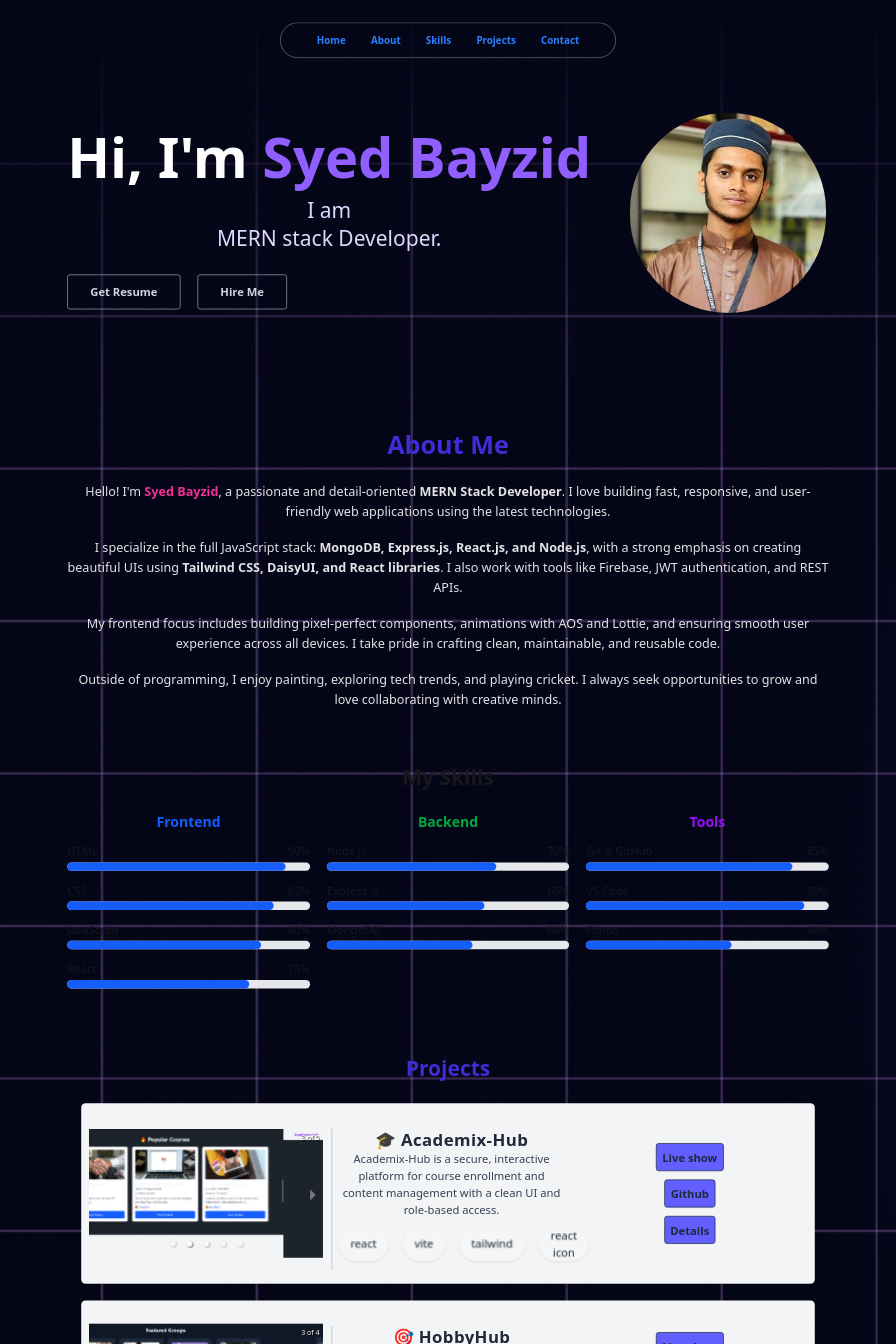
Repository: syedbayzid82849/syed-bayzid
Page: /
The author's editor kept a copy of each file at every save. The page is drawn from the files as they stood at one save, then again after the next save.
The browser window is 1280 px wide. The pictures show the part of the page from y = 0 to 1920 px (the page is 2824 px tall before and 2826 px after), at 70% of full size.
The project was rebuilt for these pictures with package versions that can differ from the ones it lists, and the page was loaded fresh each time. Also part of the build but not shown: vite.config.js, src/App.jsx.

Above is the page before, as saved 2025-08-11 13:27:18.

### index.html
<!doctype html>
<html lang="en">

<head>
  <meta charset="UTF-8" />
  <meta name="viewport" content="width=device-width, initial-scale=1.0" />
  <title>Syed Bayzid</title>
</head>

<body>
  <div id="root"
    style="background-image: url('/src/assets/hero-bg.png'); background-size: cover; background-position: center; min-height: 100vh;">
  </div>
  <script type="module" src="/src/main.jsx"></script>
</body>

</html>

### src/main.jsx
import { StrictMode } from 'react'
import { createRoot } from 'react-dom/client'
import './index.css'
import App from './App.jsx'
import router from './Router/Root/router.jsx'
import { RouterProvider } from 'react-router'

createRoot(document.getElementById('root')).render(
  <StrictMode>
    <div className="max-w-6xl mx-auto"
    >
      <RouterProvider router={router} />
    </div>
  </StrictMode>,
)

### src/index.css
@import "tailwindcss";
@plugin "daisyui";

html {
  scroll-behavior: smooth;
}

### src/Router/Root/router.jsx
import React from 'react';
import { createBrowserRouter } from 'react-router';
import HomeLayout from '../../Layouts/HomeLayout/HomeLayout';

const router = createBrowserRouter([
    {
        path: "/",
        element: <HomeLayout></HomeLayout>
    },
]);

export default router;

### src/Layouts/HomeLayout/HomeLayout.jsx
import React from 'react';
import Hero from '../../Components/HomeComponents/Hero';
import AboutMe from '../../Components/AboutMe/AboutMe';
import SkillsSection from '../../Components/SkillsSection/SkillsSection';
import MainProjectsSection from '../../Components/Projects/MainProjectsSection/MainProjectsSection';
import ContactInfo from '../../Components/ContactInfo/ContactInfo';
import Footer from '../../Components/Footer/Footer';
import Navbar from '../../Components/HomeComponents/Navbar/Navbar';

const HomeLayout = () => {
    return (
        <div className='px-3'>
            <Navbar></Navbar>
            <Hero></Hero>
            <AboutMe></AboutMe>
            <SkillsSection></SkillsSection>
            <MainProjectsSection></MainProjectsSection>
            <ContactInfo></ContactInfo>
            <Footer></Footer>
        </div>
    );
};

export default HomeLayout;

### src/Components/HomeComponents/Hero.jsx
import toast from 'react-hot-toast';
import { styles } from '../../../style';
import mainProfile from '../../assets/SB.jpg'
const Hero = () => {
    const handleResumeDownload = () => {
        toast.success('Downloading Resume...');
    };
    return (
        <section id='home' className=" text-gray-900 dark:text-white transition-colors duration-300">

            <div className="container flex flex-col justify-center mx-auto  sm:py-12 lg:flex-row  lg:justify-between items-center">
                {/* Left Text Content */}
                <div className="  px-5 grid gap-8">
                    <div>
                        <h1 className={`${styles.heroHeadText} text-white `}>
                            Hi, I'm <span className='text-[#915EFF]'>Syed Bayzid</span>
                        </h1>
                        <p className={`${styles.heroSubText} mt-2 text-white-100`}>
                            I am <br className='sm:block hidden' />
                            MERN stack Developer.
                        </p>

                    </div>
                    <div className='flex gap-6 md:mx-auto lg:mx-0'>
                        <a
                            href="/CV of Syed Bayzid.pdf"
                            download
                            target="_blank"
                            rel="noopener noreferrer"
                            onClick={handleResumeDownload}
                            className="px-8 py-3 font-semibold border rounded border-gray-400 text-gray-300"
                        >
                            Get Resume
                        </a>
                        <button type="button" className="px-8 py-3 font-semibold border rounded border-gray-400 text-gray-300"><a target="_blank" rel="noopener noreferrer" href="https://www.linkedin.com/in/syed-bayzid-b91343329/">Hire Me</a></button>
                    </div>

                </div>

                {/* Right Image */}
                <div className="flex items-center justify-center  p-6 mt-8 lg:mt-0 h-72 sm:h-80 lg:h-96 xl:h-112 2xl:h-128 ">
                    <img
                        src={mainProfile}
                        alt="Business Illustration"
                        className="rounded-full object-contain w-70"
                    />
                </div>
            </div>
        </section>
    );
};

export default Hero;

### src/Components/AboutMe/AboutMe.jsx
// src/components/AboutMe.jsx
import React from 'react';

const AboutMe = () => {
    return (
        <section id="about" className="px-5 max-w-6xl py-10 mx-auto md:px-5 ">
            <h2 className="text-4xl font-bold text-center mb-8 text-primary">About Me</h2>
            <div className=" mx-auto text-lg text-neutral-content space-y-6">
                <p>
                    Hello! I'm <span class="font-semibold text-secondary">Syed Bayzid</span>, a passionate and detail-oriented <strong>MERN Stack Developer</strong>. I love building fast, responsive, and user-friendly web applications using the latest technologies.
                </p>
                <p>
                    I specialize in the full JavaScript stack: <strong>MongoDB, Express.js, React.js, and Node.js</strong>, with a strong emphasis on creating beautiful UIs using <strong>Tailwind CSS, DaisyUI, and React libraries</strong>. I also work with tools like Firebase, JWT authentication, and REST APIs.
                </p>
                <p>
                    My frontend focus includes building pixel-perfect components, animations with AOS and Lottie, and ensuring smooth user experience across all devices. I take pride in crafting clean, maintainable, and reusable code.
                </p>
                <p>
                    Outside of programming, I enjoy painting, exploring tech trends, and playing cricket. I always seek opportunities to grow and love collaborating with creative minds.
                </p>
            </div>
        </section>
    );
};

export default AboutMe;

### src/Components/SkillsSection/SkillsSection.jsx
import React from 'react';

const SkillsSection = () => {
    const frontendSkills = [
        { name: 'HTML', level: 90 },
        { name: 'CSS', level: 85 },
        { name: 'JavaScript', level: 80 },
        { name: 'React', level: 75 },
    ];

    const backendSkills = [
        { name: 'Node.js', level: 70 },
        { name: 'Express.js', level: 65 },
        { name: 'MongoDB', level: 60 },
    ];

    const tools = [
        { name: 'Git & GitHub', level: 85 },
        { name: 'VS Code', level: 90 },
        { name: 'Figma', level: 60 },
    ];

    const renderSkillBar = (skill) => (
        <div key={skill.name} className="mb-4">
            <div className="flex justify-between mb-1">
                <span>{skill.name}</span>
                <span>{skill.level}%</span>
            </div>
            <div className="w-full bg-gray-200 rounded-full h-3">
                <div
                    className="bg-blue-600 h-3 rounded-full"
                    style={{ width: `${skill.level}%` }}
                ></div>
            </div>
        </div>
    );

    return (
        <section id="skills" className="py-10 px-5 max-w-6xl mx-auto">
            <h2 className="text-3xl font-bold text-center mb-8">My Skills</h2>
            <div className="grid md:grid-cols-3 gap-6">
                <div>
                    <h3 className="text-xl font-semibold mb-4 text-blue-600">Frontend</h3>
                    {frontendSkills.map(renderSkillBar)}
                </div>
                <div>
                    <h3 className="text-xl font-semibold mb-4 text-green-600">Backend</h3>
                    {backendSkills.map(renderSkillBar)}
                </div>
                <div>
                    <h3 className="text-xl font-semibold mb-4 text-purple-600">Tools</h3>
                    {tools.map(renderSkillBar)}
                </div>
            </div>
        </section>
    );
};

export default SkillsSection;

### src/Components/Projects/MainProjectsSection/MainProjectsSection.jsx
import React from 'react';
import hobbyhub1 from '../../../assets/hobbyhub1.png'
import hobbyhub2 from '../../../assets/hobbyhub2.png'
import hobbyhub3 from '../../../assets/hobbyhub3.png'
import hobbyhub4 from '../../../assets/hobbyhub4.png'
import academix1 from '../../../assets/academix1.png'
import academix2 from '../../../assets/academix2.png'
import academix3 from '../../../assets/academix3.png'
import academix4 from '../../../assets/academix4.png'
import academix5 from '../../../assets/academix5.png'
import "react-responsive-carousel/lib/styles/carousel.min.css";
import { Carousel } from 'react-responsive-carousel';

const MainProjectsSection = () => {
    return (
        <section id='projects' className="py-10 px-5 max-w-6xl mx-auto">
            <h2 className="text-3xl font-bold text-center text-primary dark:text-white mb-5">Projects</h2>

            {/* card 1 */}
            <div className='py-3 md:px-5'>
                <div className='max-w-full p-3 rounded-md shadow-md bg-gray-100 dark:bg-gray-900 grid md:grid-cols-3 gap-3'>
                    <div className='md:flex md:items-center'>
                        <Carousel autoPlay={true} infiniteLoop={true} showThumbs={false}>
                            {[academix1, academix2, academix3, academix4, academix5].map((img, i) => (
                                <div key={i}>
                                    <img src={img} />
                                </div>
                            ))}
                        </Carousel>
                    </div>
                    <div className='mt-6 mb-2 md:border-l-2 md:pl-2 border-gray-300 dark:border-gray-600'>
                        <h3 className='text-2xl font-semibold tracking-wide text-gray-800 dark:text-white'>🎓 Academix-Hub</h3>
                        <p className="text-gray-700 dark:text-gray-300">
                            Academix-Hub is a secure, interactive platform for course enrollment and content management with a clean UI and role-based access.
                        </p>
                        <div className='flex gap-5 py-3'>
                            {['react', 'vite', 'tailwind', 'react icon'].map((tech, i) => (
                                <button key={i} className='px-4 bg-white/10 border border-white/20 backdrop-blur-md rounded-full shadow-sm hover:bg-white/20 transition duration-200 text-gray-800 dark:text-white'>
                                    {tech}
                                </button>
                            ))}
                        </div>
                    </div>
                    <div className='flex flex-row flex-wrap gap-2 justify-center items-center md:flex-col md:gap-3'>
                        <ProjectButton url="https://academix-hub.netlify.app/" text="Live show" />
                        <ProjectButton url="https://github.com/syedbayzid82849/Academix-Hub-project?tab=readme-ov-file" text="Github" />
                        <ProjectButton url="https://github.com/syedbayzid82849/Academix-Hub-project/blob/main/README.md" text="Details" />
                    </div>
                </div>
            </div>

            {/* card 2 */}
            <div className='py-3 md:px-5'>
                <div className='max-w-full p-3 rounded-md shadow-md bg-gray-100 dark:bg-gray-900 grid md:grid-cols-3 gap-3'>
                    <div className='md:flex md:items-center'>
                        <Carousel autoPlay={true} infiniteLoop={true} showThumbs={false}>
                            {[hobbyhub1, hobbyhub2, hobbyhub3, hobbyhub4].map((img, i) => (
                                <div key={i}>
                                    <img src={img} />
                                </div>
                            ))}
                        </Carousel>
                    </div>
                    <div className='mt-6 mb-2 md:border-l-2 md:pl-2 border-gray-300 dark:border-gray-600'>
                        <h3 className='text-2xl font-semibold tracking-wide text-gray-800 dark:text-white'>🎯 HobbyHub</h3>
                        <p className="text-gray-700 dark:text-gray-300">
                            HobbyHub connects users through local hobby groups—create, join, and explore communities based on shared interests like art, games, or sports.
                        </p>
                        <div className='flex gap-5 py-3'>
                            {['react', 'vite', 'tailwind'].map((tech, i) => (
                                <button key={i} className='px-4 bg-white/10 border border-white/20 backdrop-blur-md rounded-full shadow-sm hover:bg-white/20 transition duration-200 text-gray-800 dark:text-white'>
                                    {tech}
                                </button>
                            ))}
                        </div>
                    </div>
                    <div className='flex flex-row flex-wrap gap-2 justify-center items-center md:flex-col md:gap-3'>
                        <ProjectButton url="https://hobby-hub-01.netlify.app/" text="Live show" />
                        <ProjectButton url="https://github.com/syedbayzid82849/HobbyHub-project?tab=readme-ov-file" text="Github" />
                        <ProjectButton url="https://github.com/syedbayzid82849/HobbyHub-project/blob/main/README.md" text="Details" />
                    </div>
                </div>
            </div>
        </section>
    );
};

// ✅ Reusable ProjectButton Component
const ProjectButton = ({ url, text }) => (
    <button type="button" className="h-10 px-2 py-2 font-semibold border rounded border-gray-800 text-gray-800 dark:border-gray-300 dark:text-white hover:bg-white dark:hover:bg-gray-700 transition delay-100 duration-300 ease-in-out bg-indigo-500">
        <a href={url} target="_blank" rel="noopener noreferrer">{text}</a>
    </button>
);

export default MainProjectsSection;

### src/Components/ContactInfo/ContactInfo.jsx
import React from 'react';
import { MdEmail, MdPhone, MdWhatsapp } from 'react-icons/md';

const ContactInfo = () => {
    return (
        <section id='contact' className="py-6 text-slate-100 transition-colors duration-300">
            <h1 className="text-4xl font-bold text-center mb-6 text">Contact</h1>
            <div className="grid max-w-6xl grid-cols-1 px-6 mx-auto lg:px-8 md:grid-cols-2 md:divide-x divide-gray-300 dark:divide-gray-700">
                <div className="py-6 md:py-0 md:px-6">
                    <h2 className="text-3xl font-bold mb-6">Contact Information</h2>
                    <p className="pt-2 pb-4">Fill in the form to start a conversation</p>
                    <div className="space-y-6 text-left">
                        <div className="flex items-center gap-4">
                            <MdEmail className="text-2xl text-blue-600" />
                            <a href="mailto:husains82849@gmail.com" className="text-lg hover:underline">
                                husains82849@gmail.com
                            </a>
                        </div>

                        <div className="flex items-center gap-4">
                            <MdPhone className="text-2xl text-green-600" />
                            <a href="tel:+8801703480840" className="text-lg hover:underline">
                                +880 1703 380 840
                            </a>
                        </div>

                        <div className="flex items-center gap-4">
                            <MdWhatsapp className="text-2xl text-green-500" />
                            <a href="https://wa.me/8801703480840" target="_blank" rel="noopener noreferrer" className="text-lg hover:underline">
                                WhatsApp Me
                            </a>
                        </div>
                    </div>
                </div>

                <form noValidate className="flex flex-col py-6 space-y-6 md:py-0 md:px-6">
                    <label className="block">
                        <span className="mb-1 block">Full name</span>
                        <input
                            type="text"
                            placeholder="Leroy Jenkins"
                            className="py-2 w-full rounded-md shadow-sm focus:ring focus:ring-opacity-75 focus:ring-blue-400 dark:focus:ring-blue-500 bg-white dark:bg-gray-800 border border-gray-300 dark:border-gray-700 text-black dark:text-white"
                        />
                    </label>
                    <label className="block">
                        <span className="mb-1 block">Email address</span>
                        <input
                            type="email"
                            placeholder="leroy@jenkins.com"
                            className="py-2 w-full rounded-md shadow-sm focus:ring focus:ring-opacity-75 focus:ring-blue-400 dark:focus:ring-blue-500 bg-white dark:bg-gray-800 border border-gray-300 dark:border-gray-700 text-black dark:text-white"
                        />
                    </label>
                    <label className="block">
                        <span className="mb-1 block">Message</span>
                        <textarea
                            rows="3"
                            className="w-full rounded-md shadow-sm focus:ring focus:ring-opacity-75 focus:ring-blue-400 dark:focus:ring-blue-500 bg-white dark:bg-gray-800 border border-gray-300 dark:border-gray-700 text-black dark:text-white"
                        ></textarea>
                    </label>
                    <button
                        type="button"
                        className="self-center px-8 py-3 text-lg rounded transition-all duration-300 bg-blue-500 text-white hover:bg-white hover:text-black border border-blue-500 dark:hover:bg-gray-100 dark:hover:text-black"
                    >
                        Submit
                    </button>
                </form>
            </div>
        </section>
    );
};

export default ContactInfo;

### src/Components/HomeComponents/Navbar/Navbar.jsx
import {  Link } from 'react-router';

const Navbar = () => {
    const links = (
        <>
            <li>
                <a
                    href="#home"
                    className=" text-blue-500 font-bold hover:border-blue-800"
                >
                    Home
                </a>
            </li>
            <li>
                <a
                    href="#about"
                    className=" text-blue-500 font-bold hover:border-blue-800"
                >
                    About
                </a>
            </li>
            <li>
                <a
                    href="#skills"
                    className=" text-blue-500 font-bold hover:border-blue-800"
                >
                    Skills
                </a>
            </li>
            <li>
                <a
                    href="#projects"
                    className=" text-blue-500 font-bold hover:border-blue-800"
                >
                    Projects
                </a>
            </li>
            <li>
                <a
                    href="#contact"
                    className=" text-blue-500 font-bold hover:border-blue-800"
                >
                    Contact
                </a>
            </li>
        </>
    );

    return (
        <div className="Navbar shadow-sm ">
            <div className="Navbar-start w-auto fixed">
                <div className="dropdown">
                    <div tabIndex={0} role="button" className="btn btn-ghost lg:hidden">
                        <svg xmlns="http://www.w3.org/2000/svg" className="h-5 w-5" fill="none" viewBox="0 0 24 24" stroke="currentColor">
                            <path strokeLinecap="round" strokeLinejoin="round" strokeWidth="2" d="M4 6h16M4 12h8m-8 6h16" />
                        </svg>
                    </div>
                    <ul tabIndex={0} className="menu menu-sm dropdown-content bg-base-100 rounded-box z-1 mt-3 w-52 p-2 shadow">
                        {links}
                    </ul>
                </div>
            </div>

            <div className="Navbar-center hidden lg:flex justify-center flex-1 ">
                <ul className="menu menu-horizontal px-10  gap-3 fixed border border-gray-500 rounded-full">
                    {links}
                </ul>
            </div>
        </div>

    );
};

export default Navbar;

Loaded but not shown: src/App.css (common file); style.js (common file); src/Components/Footer/Footer.jsx (58 lines, source omitted)

After the next save:
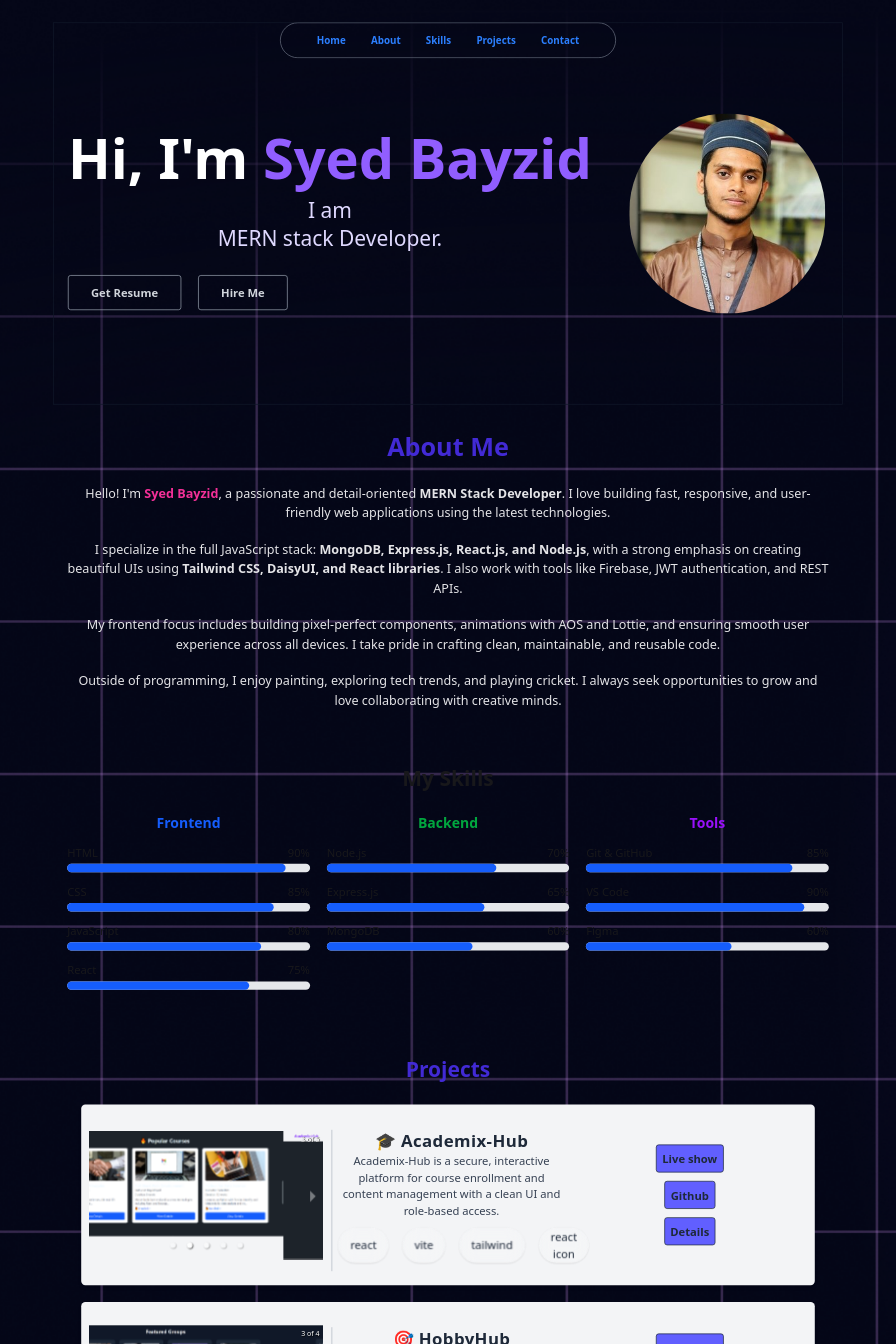
Saved 79 min 17 s later.
--- a/src/Components/HomeComponents/Hero.jsx
+++ b/src/Components/HomeComponents/Hero.jsx
@@ -6,7 +6,7 @@ const Hero = () => {
         toast.success('Downloading Resume...');
     };
     return (
-        <section id='home' className=" text-gray-900 dark:text-white transition-colors duration-300">
+        <section id='home' className="border text-gray-900 dark:text-white transition-colors duration-300">
 
             <div className="container flex flex-col justify-center mx-auto  sm:py-12 lg:flex-row  lg:justify-between items-center">
                 {/* Left Text Content */}
